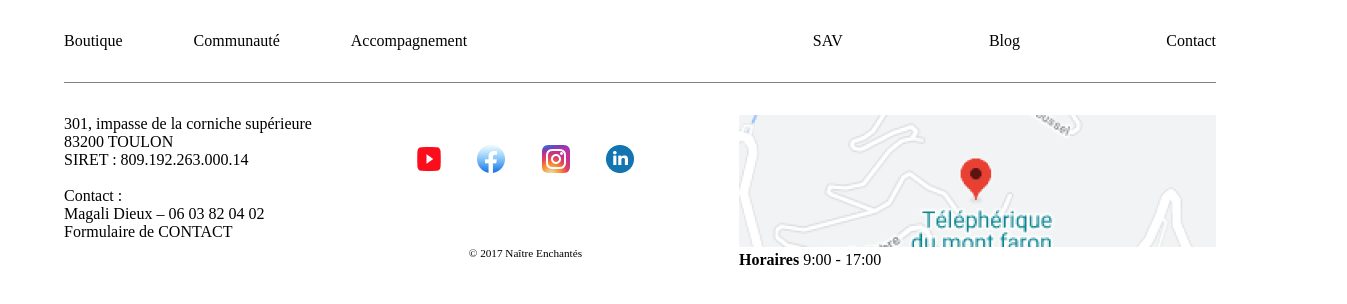
Repository: Khadija-Asa/naitre-enchantes
Page: footer.html
An editor plug-in stored every save of this project. The page is shown before and after a run of saves, followed by the edit.
The browser window is 1280 px wide. The page is 1280 px wide, then 1347 px, so the pictures cover 1347 px, including what lies to the right of the window. The pictures show the whole page.

Above is the page before, as saved 2020-11-24 23:23:46.

### footer.html
<!DOCTYPE html>
<html lang="en">
<head>
    <meta charset="UTF-8">
    <meta name="viewport" content="width=device-width, initial-scale=1.0">
    <title>naître enchantés</title>
    <link rel="stylesheet" href="footer.css">
</head>
<body>
    <footer>
        <div class="footer_top">
            <ul class="top_left">
                <li>Boutique</li>
                <li>Communauté</li>
                <li>Accompagnement</li>
            </ul>
            <ul class="top_right">
                <li>SAV</li>
                <li>Blog</li>
                <li>Contact</li>
            </ul>
        </div>
        <div class="footer_bottom">
            <div class="bottom_left">
                <p>301, impasse de la corniche supérieure <br>
                    83200 TOULON <br>
                    SIRET : 809.192.263.000.14 <br><br>

                    Contact : <br>
                    Magali Dieux – 06 03 82 04 02 <br>
                    Formulaire de CONTACT</p>
            </div>
            <div class="bottom_middle">
                <ul>
                    <li><a href=""><img src="img/youtube.png" alt="icon" class="icon_footer"></a></li>
                    <li><a href=""><img src="img/Group 1.png" alt="icon" class="icon_footer"></a></li>
                    <li><a href=""><img src="img/instagram.png" alt="icon" class="icon_footer"></a></li>
                    <li><a href=""><img src="img/linkedin.png" alt="icon" class="icon_footer"></a></li>
                </ul>
                <p> © 2017 Naître Enchantés</p>
            </div>
            <div class="bottom_right">
                <img src="img/Rectangle 38.png" alt="google map">
                <p> <b> Horaires </b> 9:00 - 17:00</p>
            </div>
        </div>
    </footer>
</body>
</html>

### footer.css
* {
    margin: 0;
    padding: 0;
    font-family: ;
}
footer {
    margin: 2em 5% 0;
}
.footer_top {
    display: flex;
    justify-content: space-between;
    flex-wrap: wrap;
    align-items: center;
    margin: 2em auto;
    padding-bottom: 2em;
    border-bottom: solid 1px gray;
}

.top_left,
.top_right {
    display: flex;
    justify-content: space-between;
    flex-wrap: wrap;
    align-items: center;
    list-style: none;
    width: 35%;
}

.footer_bottom {
    display: flex;
    justify-content: space-between;
    flex-wrap: wrap;
}
.footer_bottom ul {
    list-style: none;
    display: flex;
    justify-content: space-around;
    flex-wrap: wrap;
    align-items: center;
    margin: 1.5em auto 4em;
}
.footer_bottom li a {
    color: black;
    text-decoration: none;
}

.bottom_middle {
    width: 22%;
}
.bottom_middle p {
    font-size: .7em;
    text-align: center;
}

After the next 7 saves:
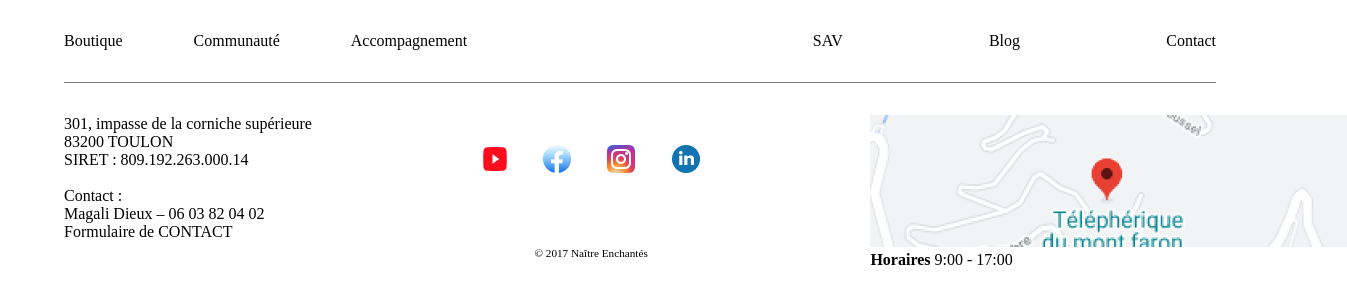
The 7 saves are shown as one change because they came seconds apart.
The last was saved 81 s later.
--- a/footer.css
+++ b/footer.css
@@ -51,3 +51,6 @@
     font-size: .7em;
     text-align: center;
 }
+.bottom_right {
+    width: 30%;
+}
